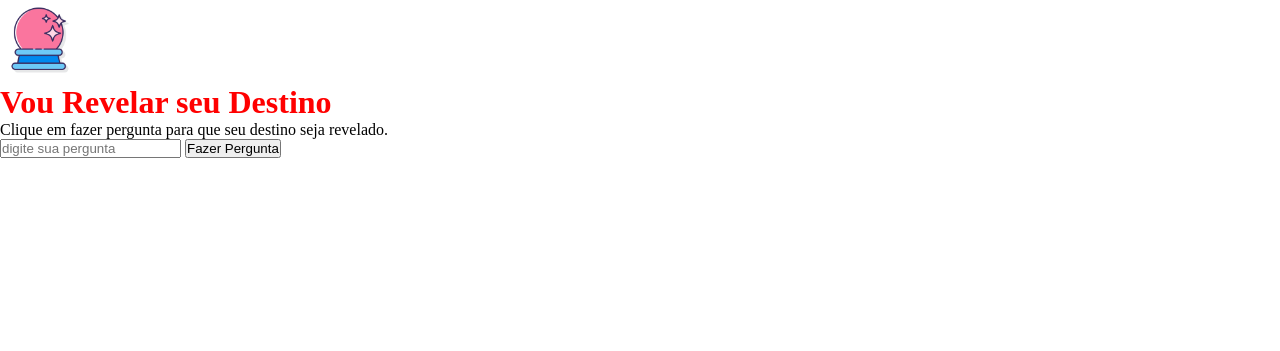
Repository: guilhermecardoso93/nlwexplorer
Page: index.html
These files come from the project's save history. The page is drawn as it stood at one moment and after the next save; the edit follows.
The browser window is 1280 px wide. The pictures show the whole page.

Above is the page before, as saved 2022-06-06 09:59:34.

After the next save:
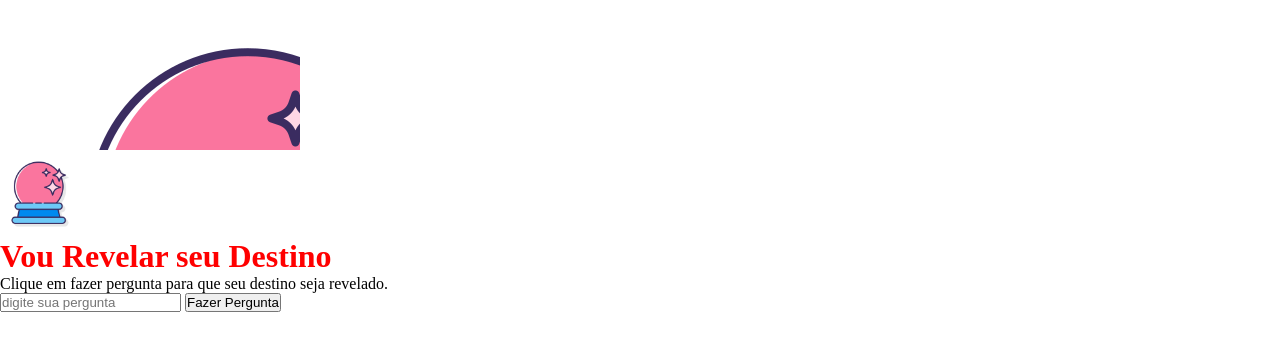
Saved 2 min 41 s later.
--- a/index.html
+++ b/index.html
@@ -4,6 +4,7 @@
     <meta charset="UTF-8" />
     <meta http-equiv="X-UA-Compatible" content="IE=edge" />
     <meta name="viewport" content="width=device-width, initial-scale=1.0" />
+    <iframe src="./cristalball.png" frameborder="0"></iframe>
     <link rel="stylesheet" href="./styles.css" />
     <title>NLW Explorer</title>
   </head>

After the save that followed:
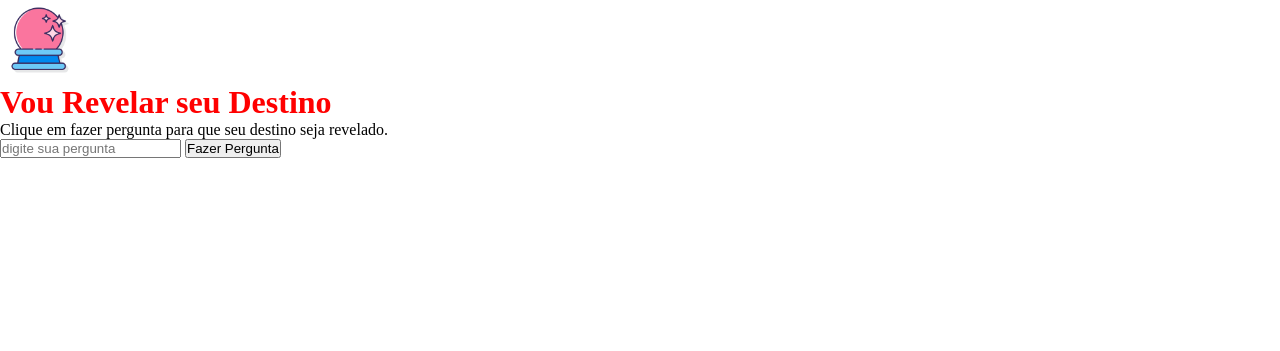
Saved 9 s later.
--- a/index.html
+++ b/index.html
@@ -4,7 +4,6 @@
     <meta charset="UTF-8" />
     <meta http-equiv="X-UA-Compatible" content="IE=edge" />
     <meta name="viewport" content="width=device-width, initial-scale=1.0" />
-    <iframe src="./cristalball.png" frameborder="0"></iframe>
     <link rel="stylesheet" href="./styles.css" />
     <title>NLW Explorer</title>
   </head>
